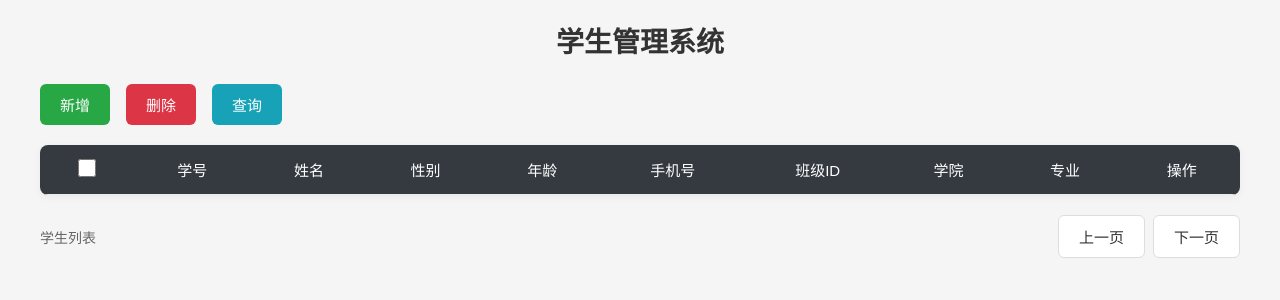
Repository: Nikawali/StudentManage
Page: src/main/webapp/index.html
The author's editor kept a copy of each file at every save. The page is drawn from the files as they stood at one save, then again after the next save.
The browser window is 1280 px wide. The pictures show the whole page.
The page's requests for data from a server got no answer.

Above is the page before, as saved 2026-06-07 18:32:21.

After the next save:
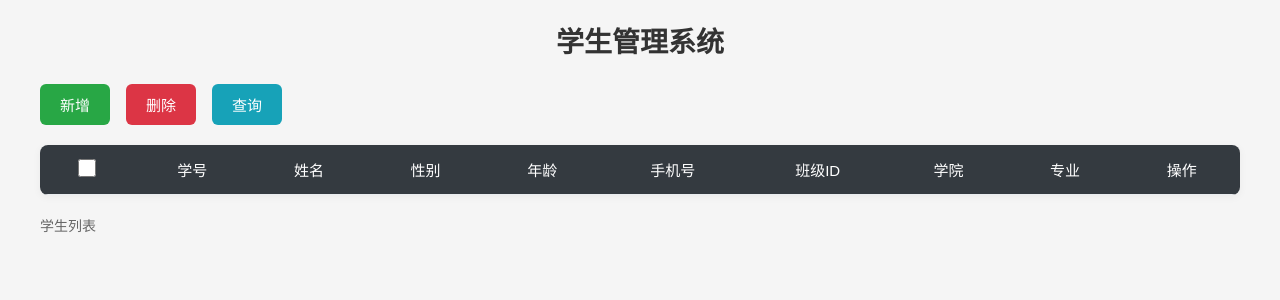
Saved 117 s later.
--- a/src/main/webapp/index.html
+++ b/src/main/webapp/index.html
@@ -77,12 +77,12 @@
 
             <div class="page-btn-group">
 
-                <button class="btn page-btn">
+                <!-- <button class="btn page-btn">
                     上一页
                 </button>
 
                 <button class="btn page-btn">
-                    下一页
+                    下一页 -->
                 </button>
 
             </div>
